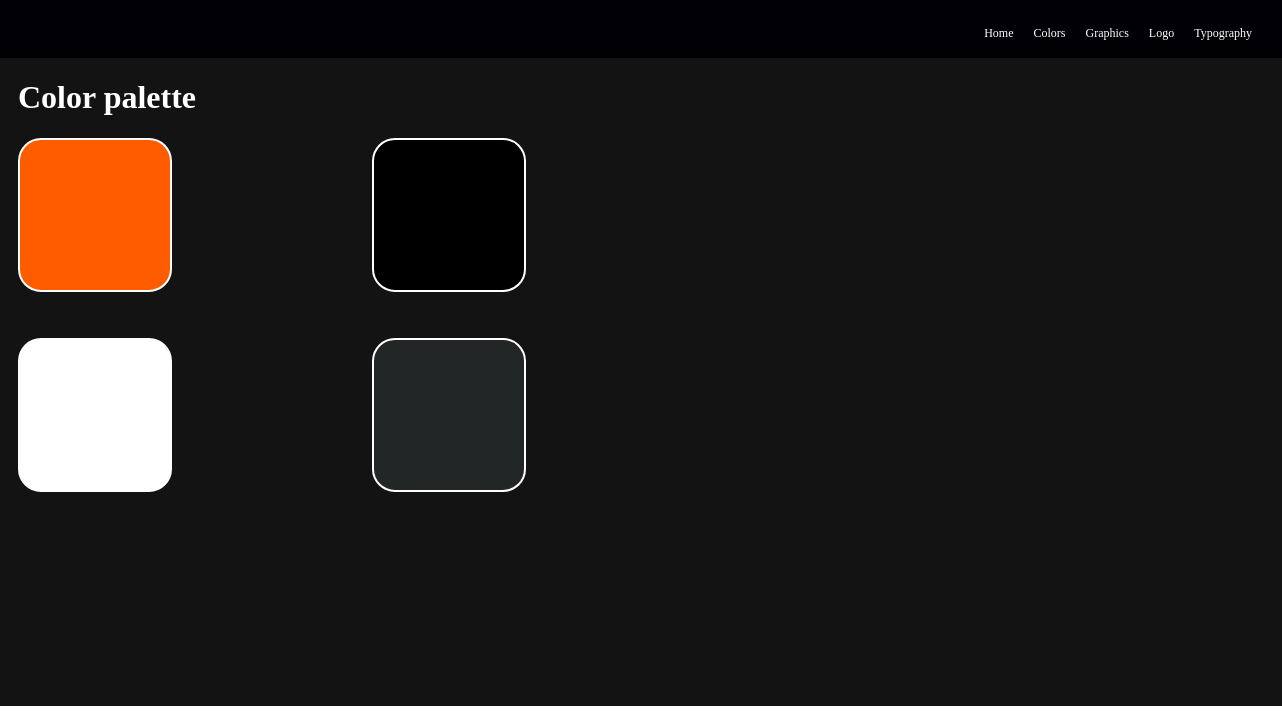
Repository: KyannaKrueger/a5styleguide
Page: /colors
These files come from the project's save history. The page is drawn as it stood at one moment and after the next save; the edit follows.
The browser window is 1280 px wide. The page is 1282 px wide, so the pictures cover 1282 px, including what lies to the right of the window. The pictures show the whole page.
The project was rebuilt for these pictures with package versions that can differ from the ones it lists, and the page was loaded fresh each time. The framework's server and built-in components were replaced by stand-ins that run in the browser. Also part of the build but not shown: next.config.mjs.

Above is the page before, as saved 2024-04-05 14:13:55.

### pages/colors.js
import styles from "@/styles/colors.module.css";
import Header from "@/components/Header";

export default function Colors() {
    return (
      <>
      <Header/>
        <main className={styles.colors}>
         <h1 className={styles.clrTitle}>Color palette </h1>
         <div className={styles.clrContainer}>
            <div className={styles.sqOne}></div>
            <div className={styles.sqTwo}></div>
            <div className={styles.sqThree}></div>
            <div className={styles.sqFour}></div>
         </div>
        </main>
      </>
    );
  }

### styles/colors.module.css
.colors {
    display: flex;
    flex-direction: column;
    align-items: left;
    padding: 6rem;
    min-height: 90vh;
    background-color: #131313;
    color: #fff;
    margin:-10px;
    padding: 0px;
    font-family: SF pro;
    position: relative;
  }

  .clrTitle{
    margin-left: 20px;
  }

  .clrContainer {
    display: flex;
    width: 600px;
    height: 400px;
    flex-wrap: wrap;
  }

  .sqOne {
    background-color: #ff5c00;
    width: 150px;
    height: 150px;
    border: 2px solid white;
    border-radius: 23px;
    margin-left: 20px;
    margin-right: 200px;
  }
  .sqTwo {
    background-color: #000;
    border: 2px solid white;
    width: 150px;
    height: 150px;
    border-radius: 23px;
  }
  .sqThree {
    background-color: #fff;
    border: 2px solid white;
    width: 150px;
    height: 150px;
    border-radius: 23px;
    margin-left: 20px;
    margin-right: 200px;
  }
  .sqFour {
    background-color: #232627;
    border: 2px solid white;
    width: 150px;
    height: 150px;
    border-radius: 23px;
  }

### components/Header/index.js
import styles from './header.module.css';
import Link from 'next/link';

export default function Header() {
  return (
    <>
      <main className={styles.header}>
      <nav>
        <ul className={styles.navBar}>
            <li className={styles.navItem}><Link href="/" className={styles.headLink}>Home</Link></li>
            <li className={styles.navItem}><Link href="/colors" className={styles.headLink}>Colors</Link></li>
            <li className={styles.navItem}><Link href="/graphics" className={styles.headLink}>Graphics</Link></li>
            <li className={styles.navItem}><Link href="/logo" className={styles.headLink}>Logo</Link></li>
            <li className={styles.navItem}><Link href="/typography" className={styles.headLink}>Typography</Link></li>
        </ul>
    </nav>
      </main>
    </>
  );
}

### components/Header/header.module.css
.header {
        background-color: #000005;
        color:aliceblue;
        font-family: 'Lucida Sans', 'Lucida Sans Regular', 'Lucida Grande', 'Lucida Sans Unicode', Geneva, Verdana, sans-serif;
        font-size: 12px;
        height: 70px;
        display: flex;
        justify-content: flex-end;
        align-items: center;
        margin:-10px;
}

.navBar {
        list-style-type: none;
        display: flex;
        justify-content: center;
        margin: 20px;
}

.navItem {
        padding: 10px;
}

.headLink {
        color:#fff;
        text-decoration: none;
        font-family: SF pro;
}

.headLink:hover {
        color:#FF5C00;
        text-decoration: none;
}

Loaded but not shown: pages/_app.js (common file); pages/_document.js (common file); styles/globals.css (common file)

After the next save:
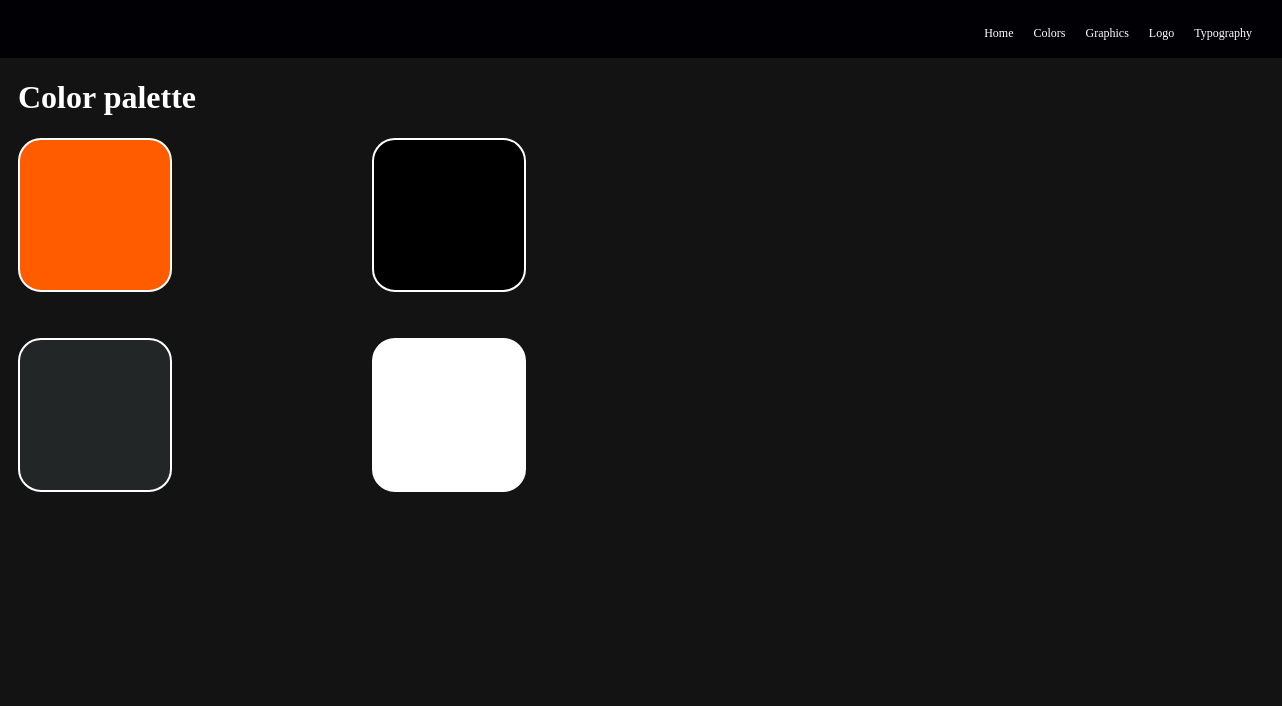
Saved 17 s later.
--- a/styles/colors.module.css
+++ b/styles/colors.module.css
@@ -40,7 +40,7 @@
     border-radius: 23px;
   }
   .sqThree {
-    background-color: #fff;
+    background-color: #232627;
     border: 2px solid white;
     width: 150px;
     height: 150px;
@@ -49,7 +49,7 @@
     margin-right: 200px;
   }
   .sqFour {
-    background-color: #232627;
+    background-color: #fff;
     border: 2px solid white;
     width: 150px;
     height: 150px;
